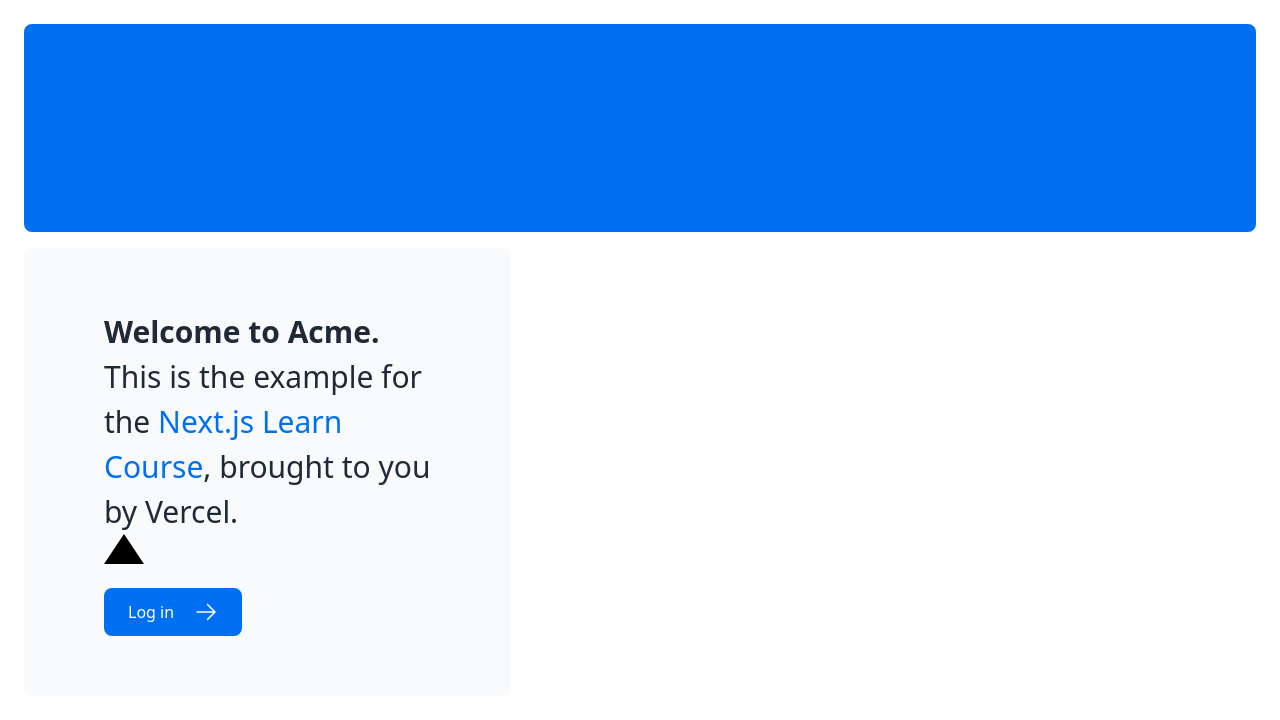
Repository: ThatGirlJam/jaime-portfolio
Page: /
These files come from the project's save history. The page is drawn as it stood at one moment and after the next save; the edit follows.
The browser window is 1280 px wide. The pictures show the whole page.
The project was rebuilt for these pictures with package versions that can differ from the ones it lists, and the page was loaded fresh each time. The framework's server and built-in components were replaced by stand-ins that run in the browser. Also part of the build but not shown: next.config.js.

Above is the page before, as saved 2024-04-09 20:06:12.

### app/page.tsx
import AcmeLogo from '@/app/ui/acme-logo';
import { ArrowRightIcon } from '@heroicons/react/24/outline';
import Link from 'next/link';

export default function Page() {
  return (
    <main className="flex min-h-screen flex-col p-6">
      <div className="flex h-20 shrink-0 items-end rounded-lg bg-blue-500 p-4 md:h-52">
        {/* <AcmeLogo /> */}
      </div>
      <div className="mt-4 flex grow flex-col gap-4 md:flex-row">
        <div className="flex flex-col justify-center gap-6 rounded-lg bg-gray-50 px-6 py-10 md:w-2/5 md:px-20">
          <p className={`text-xl text-gray-800 md:text-3xl md:leading-normal`}>
            <strong>Welcome to Acme.</strong> This is the example for the{' '}
            <a href="https://nextjs.org/learn/" className="text-blue-500">
              Next.js Learn Course
            </a>
            , brought to you by Vercel.
            <div className="h-0 w-0 border-b-[30px] border-l-[20px] border-r-[20px] border-b-black border-l-transparent border-r-transparent" />
          </p>
          <Link
            href="/login"
            className="flex items-center gap-5 self-start rounded-lg bg-blue-500 px-6 py-3 text-sm font-medium text-white transition-colors hover:bg-blue-400 md:text-base"
          >
            <span>Log in</span> <ArrowRightIcon className="w-5 md:w-6" />
          </Link>
        </div>
        <div className="flex items-center justify-center p-6 md:w-3/5 md:px-28 md:py-12">
          {/* Add Hero Images Here */}
        </div>
      </div>
    </main>
  );
}

Loaded but not shown: app/layout.tsx (common file); app/ui/global.css (common file); tailwind.config.ts (common file)

After the next save:
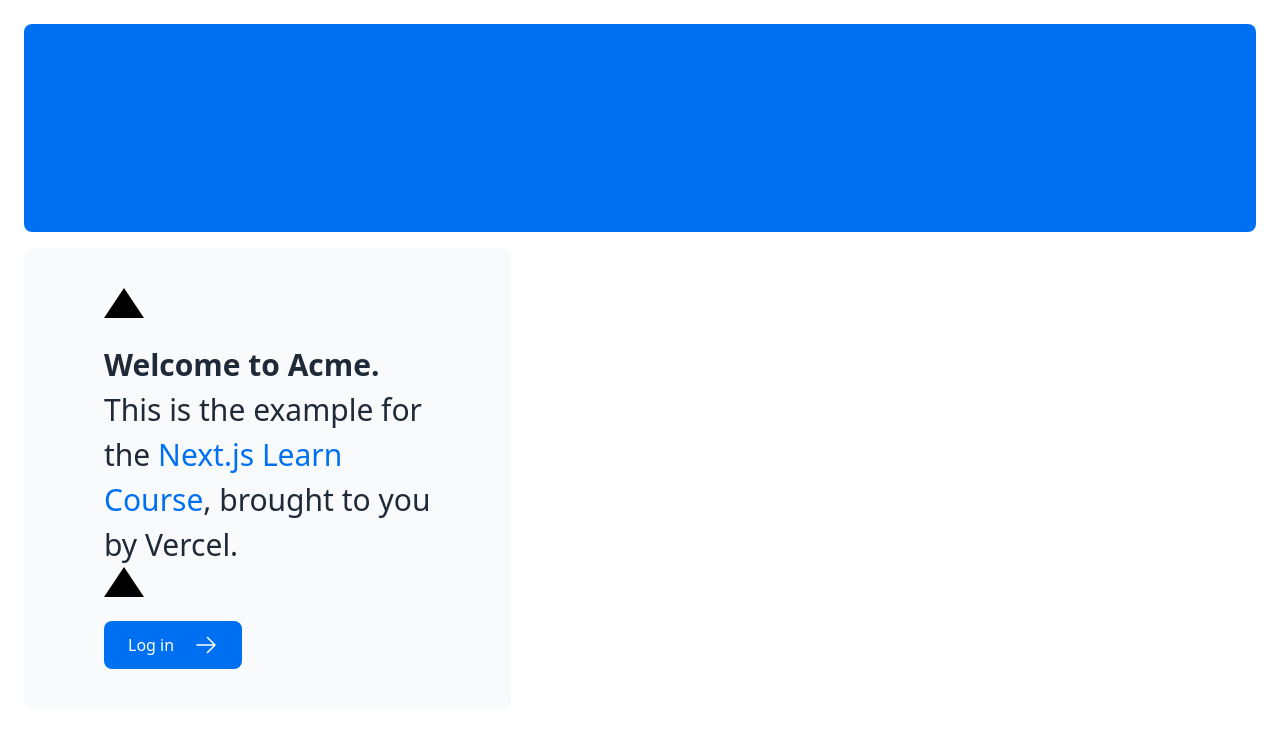
Saved 12 s later.
--- a/app/page.tsx
+++ b/app/page.tsx
@@ -10,6 +10,7 @@
       </div>
       <div className="mt-4 flex grow flex-col gap-4 md:flex-row">
         <div className="flex flex-col justify-center gap-6 rounded-lg bg-gray-50 px-6 py-10 md:w-2/5 md:px-20">
+          <div className="h-0 w-0 border-b-[30px] border-l-[20px] border-r-[20px] border-b-black border-l-transparent border-r-transparent" />
           <p className={`text-xl text-gray-800 md:text-3xl md:leading-normal`}>
             <strong>Welcome to Acme.</strong> This is the example for the{' '}
             <a href="https://nextjs.org/learn/" className="text-blue-500">
